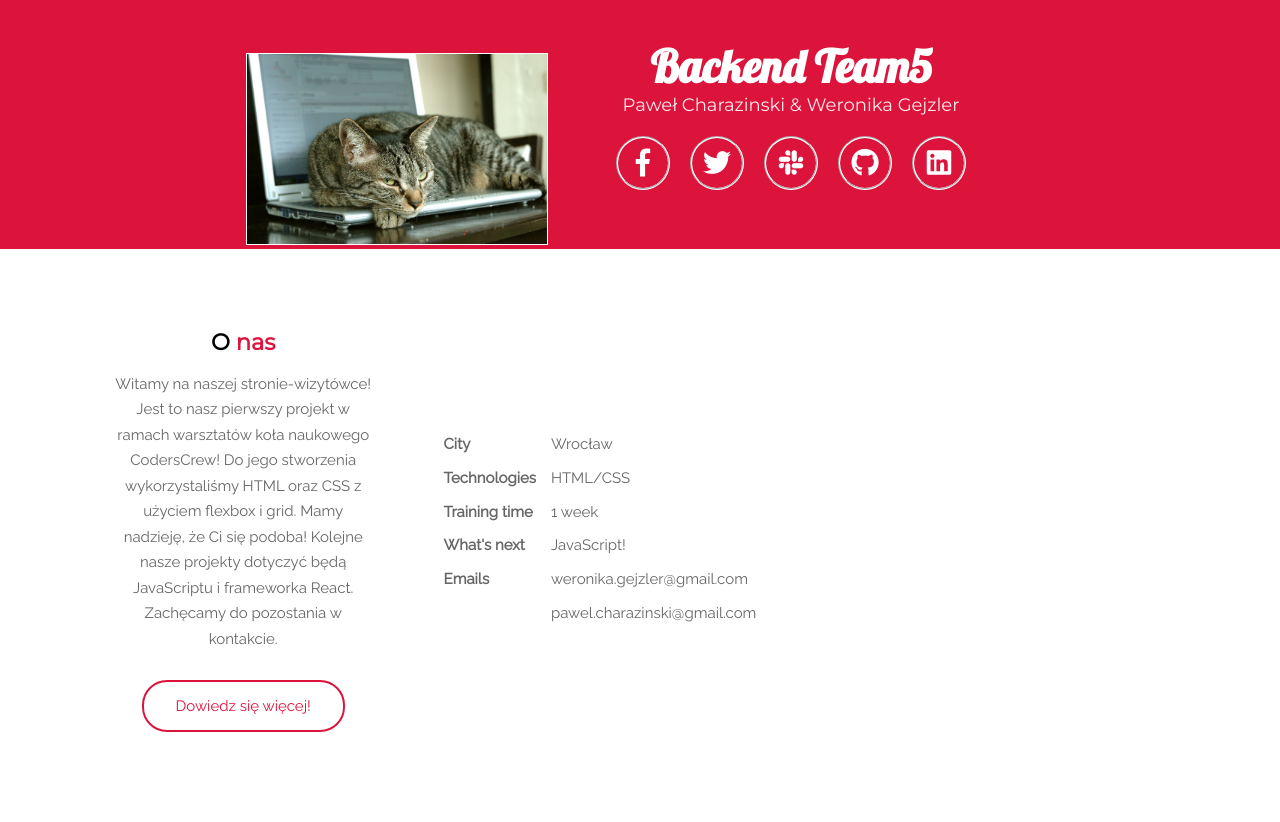
Repository: pietruszka/cc_proj1
Page: index.html
An editor plug-in stored every save of this project. The page is shown before and after the next save, followed by the edit.
The browser window is 1280 px wide. The pictures show the whole page.
Some web libraries are served in a nearby version.

Above is the page before, as saved 2018-11-18 20:49:36.

After the next save:
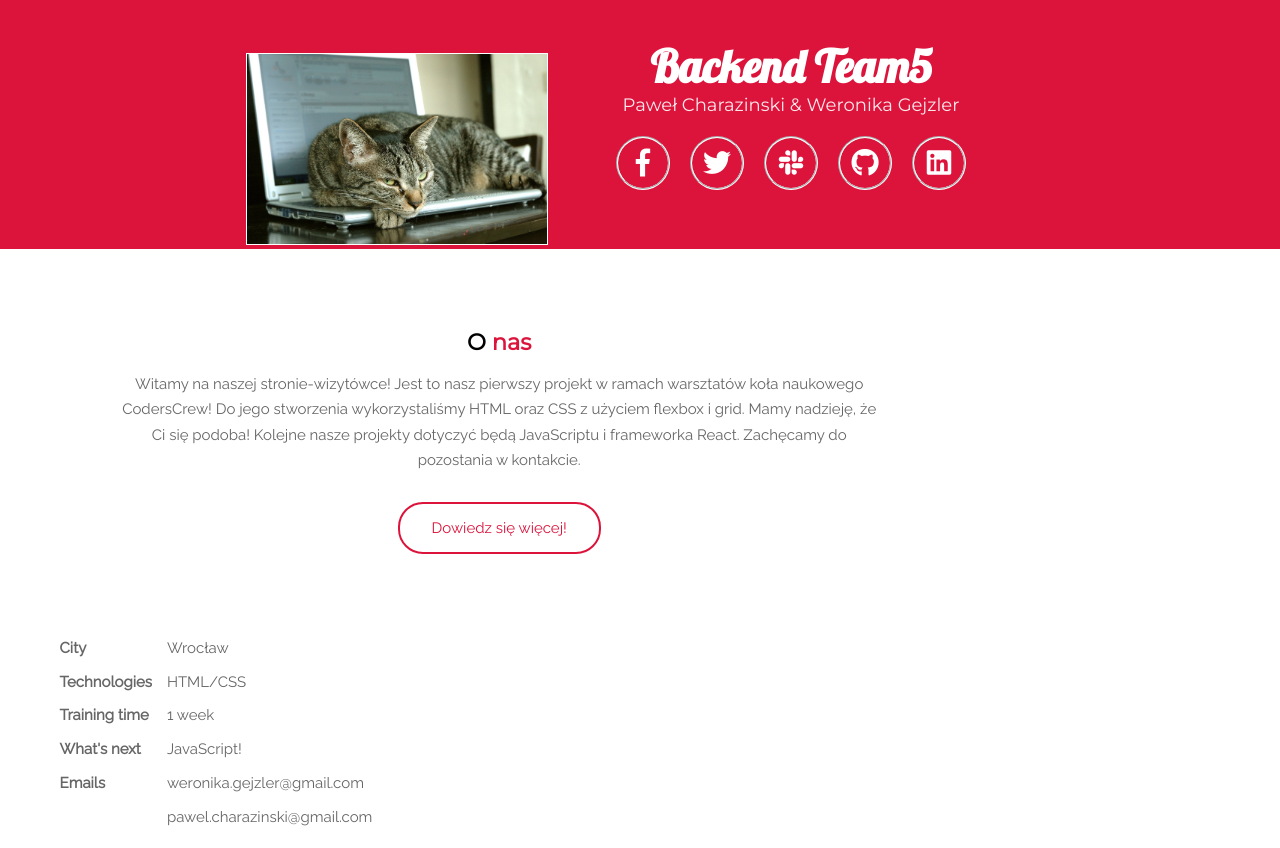
Saved 17 s later.
--- a/style.css
+++ b/style.css
@@ -115,7 +115,7 @@ height: auto;
 }
 #about{
    margin: 5vw;
-   width: 20vw;
+   width: 60vw;
    text-align: center;
 }
 #h_about{
